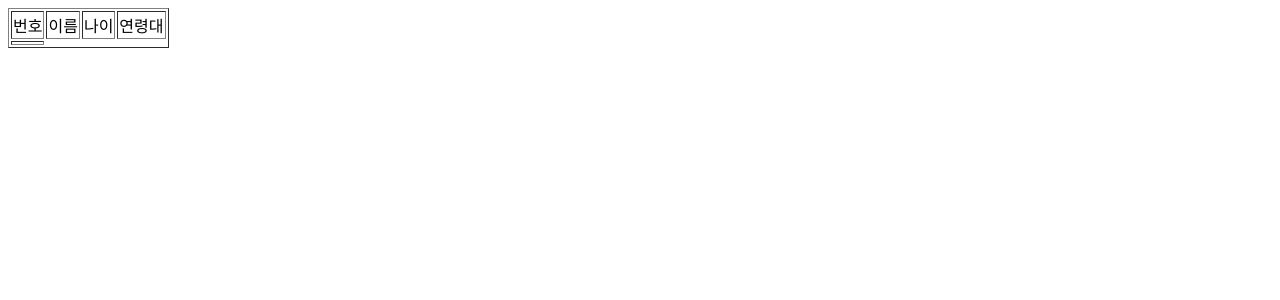
Repository: doridori890130/JSP
Page: http://localhost/jstl_study/step8.jsp
An editor plug-in stored every save of this project. The page is shown before and after the next save, followed by the edit.
The browser window is 1280 px wide. The pictures show the whole page.
The page is served by Tomcat 9.

Above is the page before, as saved 2023-05-10 03:39:38.

After the next save:
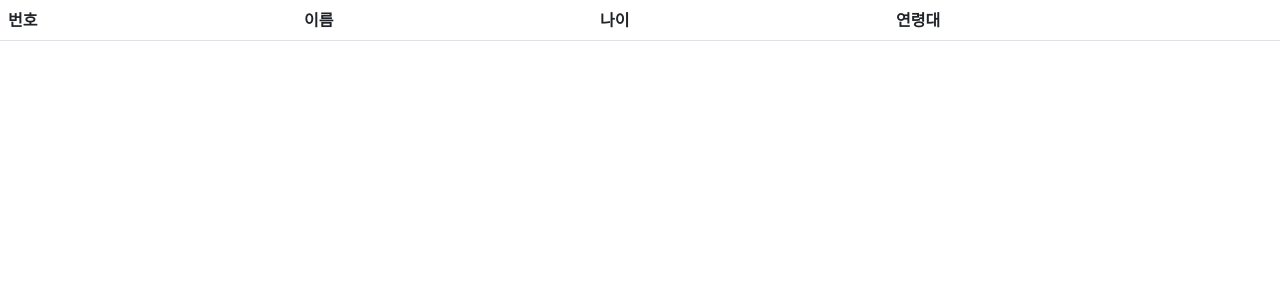
Saved 3 min 25 s later.
--- a/jstl_project/jstl_study/src/main/webapp/step8.jsp
+++ b/jstl_project/jstl_study/src/main/webapp/step8.jsp
@@ -3,9 +3,12 @@
     pageEncoding="UTF-8"%>
 <%@ taglib prefix="c" uri="http://java.sun.com/jsp/jstl/core" %>
 <%@ page import="model.PersonVO" %>
+
 <!DOCTYPE html>
 <html>
 <head>
+<link href="https://cdn.jsdelivr.net/npm/bootstrap@5.2.3/dist/css/bootstrap.min.css" rel="stylesheet" integrity="sha384-rbsA2VBKQhggwzxH7pPCaAqO46MgnOM80zW1RWuH61DGLwZJEdK2Kadq2F9CUG65" crossorigin="anonymous">
+<script src="https://cdn.jsdelivr.net/npm/bootstrap@5.2.3/dist/js/bootstrap.bundle.min.js" integrity="sha384-kenU1KFdBIe4zVF0s0G1M5b4hcpxyD9F7jL+jjXkk+Q2h455rYXK/7HAuoJl+0I4" crossorigin="anonymous"></script>
 <meta charset="UTF-8">
 <title>Insert title here</title>
 </head>
@@ -24,21 +27,16 @@
 	%>
 
 	<!-- 테이블을 생성하여 -->
-	<table border="1">
-		<thead>
-		<tr>
-			<td>번호</td>
-			<td>이름</td>
-			<td>나이</td>
-			<td>연령대</td>
-		</tr>
-		</thead>
-		<tbody>
-			<tr>
-			<td></td>
-			</tr>
-		</tbody>
+<table class="table table-hover">
+  <thead>
+  <tr>
+  <th>번호</th>
+  <th>이름</th>
+  <th>나이</th>
+  <th>연령대</th>
+  </tr>
+  </thead>
 
-	</table>
+</table>
 </body>
 </html>
